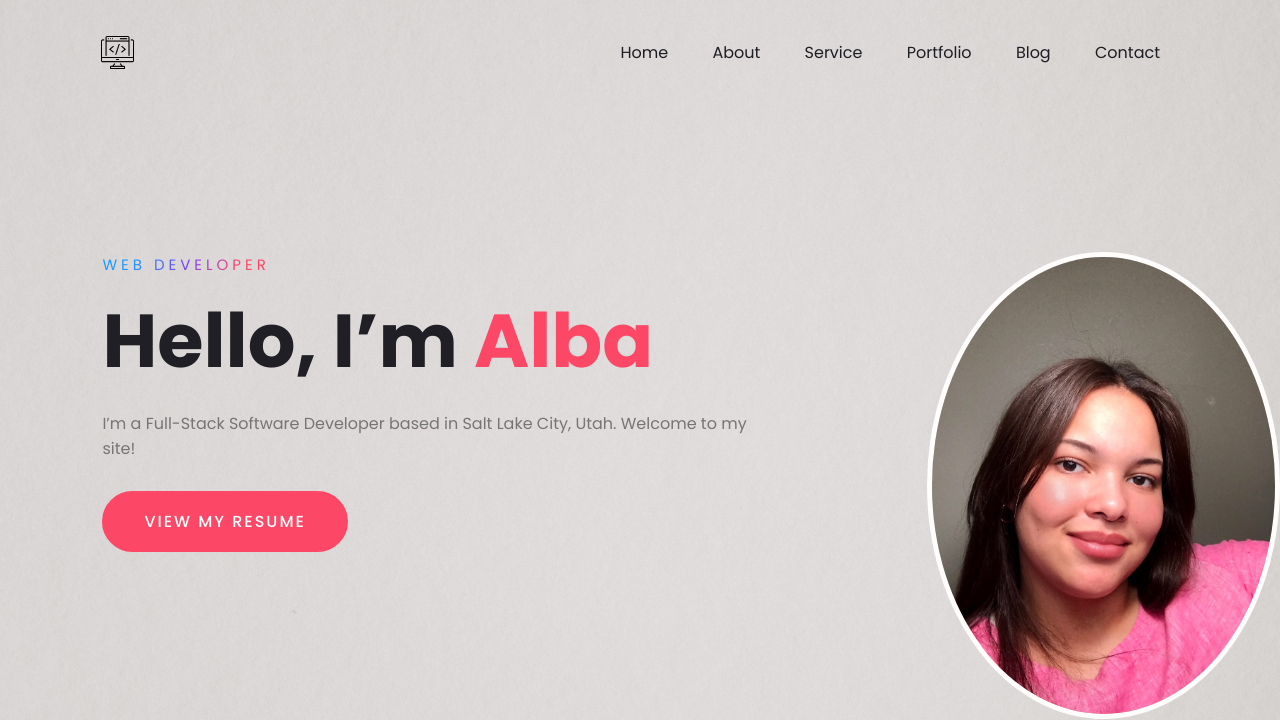
Repository: pilar122/port
Page: index.html
These files come from the project's save history. The page is drawn as it stood at one moment and after the next save; the edit follows.
The browser window is 1280 px wide. The pictures show the whole page.

Above is the page before, as saved 2022-01-29 15:10:11.

After the next save:
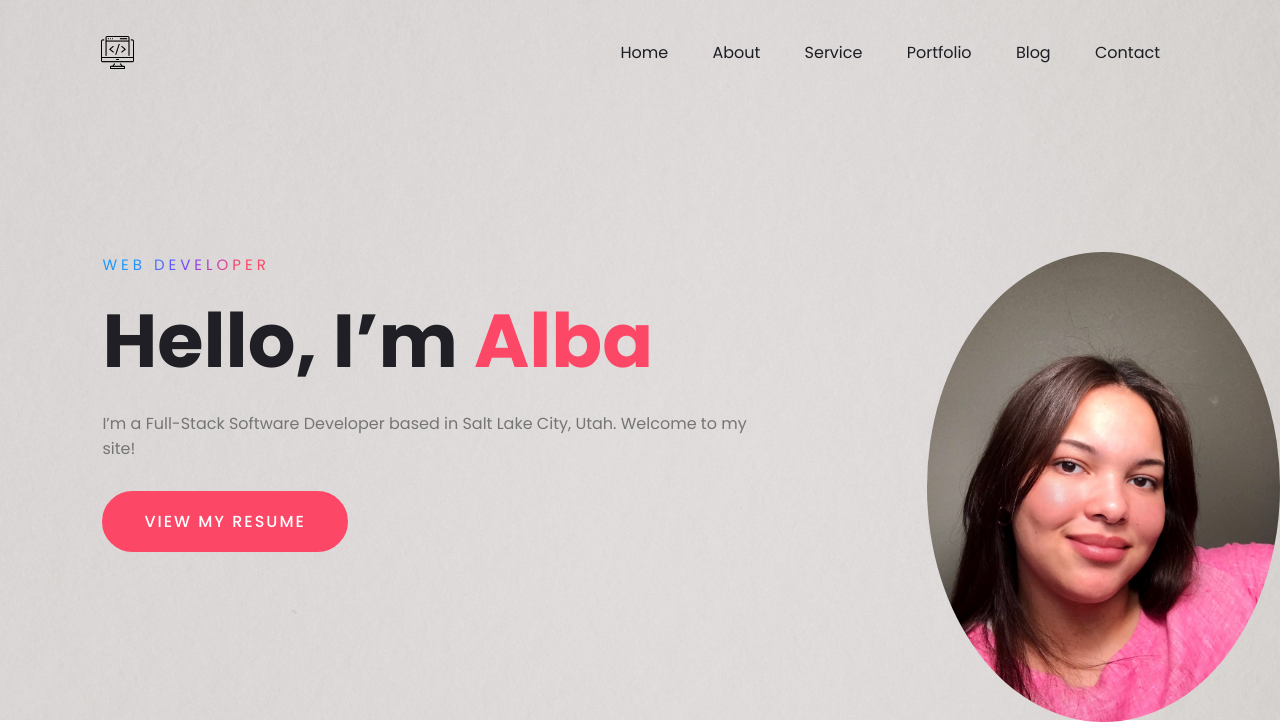
Saved 11 min 57 s later.
--- a/style.css
+++ b/style.css
@@ -106,7 +106,6 @@ nav ul li a:hover:after{
     max-width: 30%;
     max-width: 30%;
     border-radius: 50%;
-    border: 5px solid rgb(255, 252, 252);
     float: right;
     top: 100%;
     bottom: 0;
